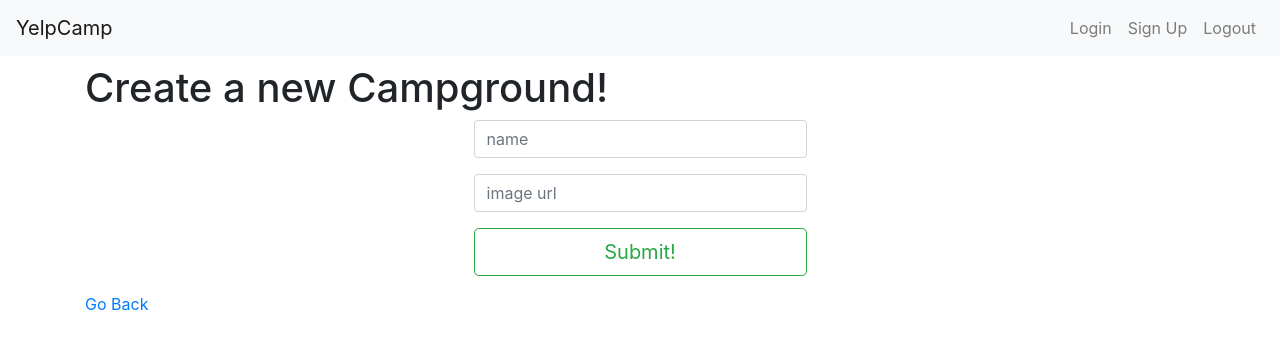
Repository: bosicheng/yelpcamp-project
Page: http://localhost/campgrounds/new
The author's editor kept a record of every edit. The page is drawn from the files as they stood at one moment, then again after the next edit.
The browser window is 1280 px wide. The pictures show the whole page.
Some web libraries are served in a nearby version. The page is served by the project's Node server (YelpCamp/v1/app.js).

Above is the page before.
Console error (its wording comes from the project's code and is left out).

After the next edit:
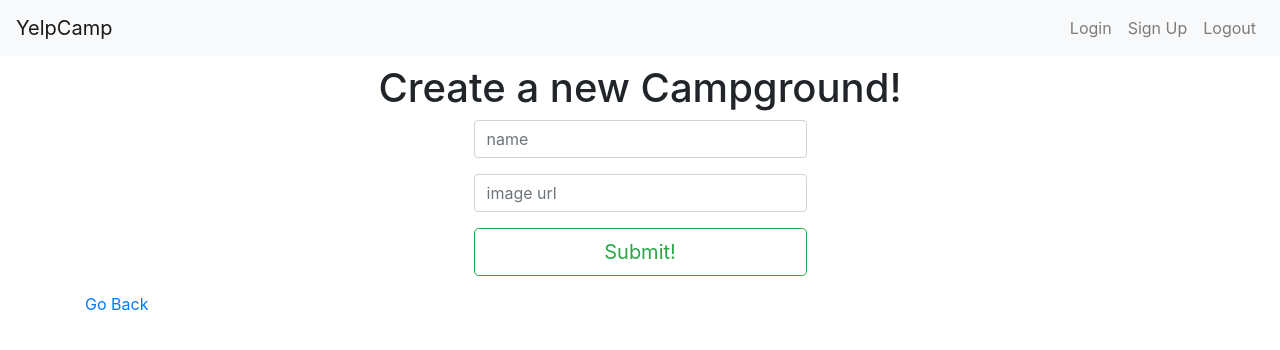
The edit:
--- a/YelpCamp/v1/views/new.ejs
+++ b/YelpCamp/v1/views/new.ejs
@@ -1,7 +1,7 @@
 <% include partials/header %>
 
 <div class='container'>
-    <h1>Create a new Campground!</h1>
+    <h1 style="text-align:center">Create a new Campground!</h1>
     <div style="width:30%;margin:0 auto">
         <form action='/campgrounds' method='POST'>
             <div class="form-group">
